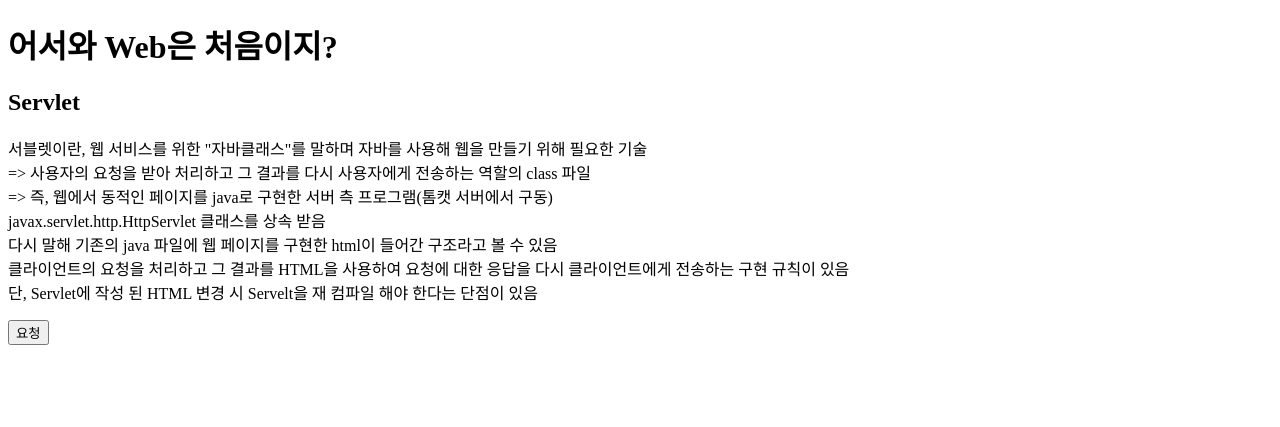
Repository: chuhj1226/servlet
Page: workspace/1_Servlet/WebContent/index.html
The author's editor kept a copy of each file at every save. The page is drawn from the files as they stood at one save, then again after the next save.
The browser window is 1280 px wide. The pictures show the whole page.

Above is the page before, as saved 2021-10-04 09:13:59.

After the next save:
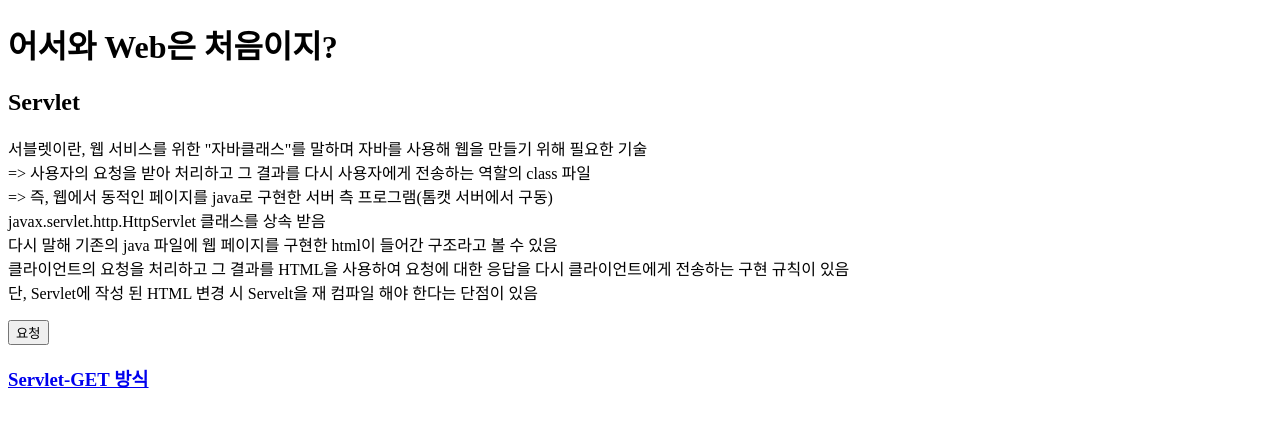
Saved 86 s later.
--- a/workspace/1_Servlet/WebContent/index.html
+++ b/workspace/1_Servlet/WebContent/index.html
@@ -44,7 +44,7 @@
 		<button type="submit">요청</button>
 	</form>
 
-	<h3><a href="views/testServlet1.html>Servlet-GET 방식</a></h3>
+	<h3><a href="views/testServlet1.html">Servlet-GET 방식</a></h3>
 
 </body>
 
